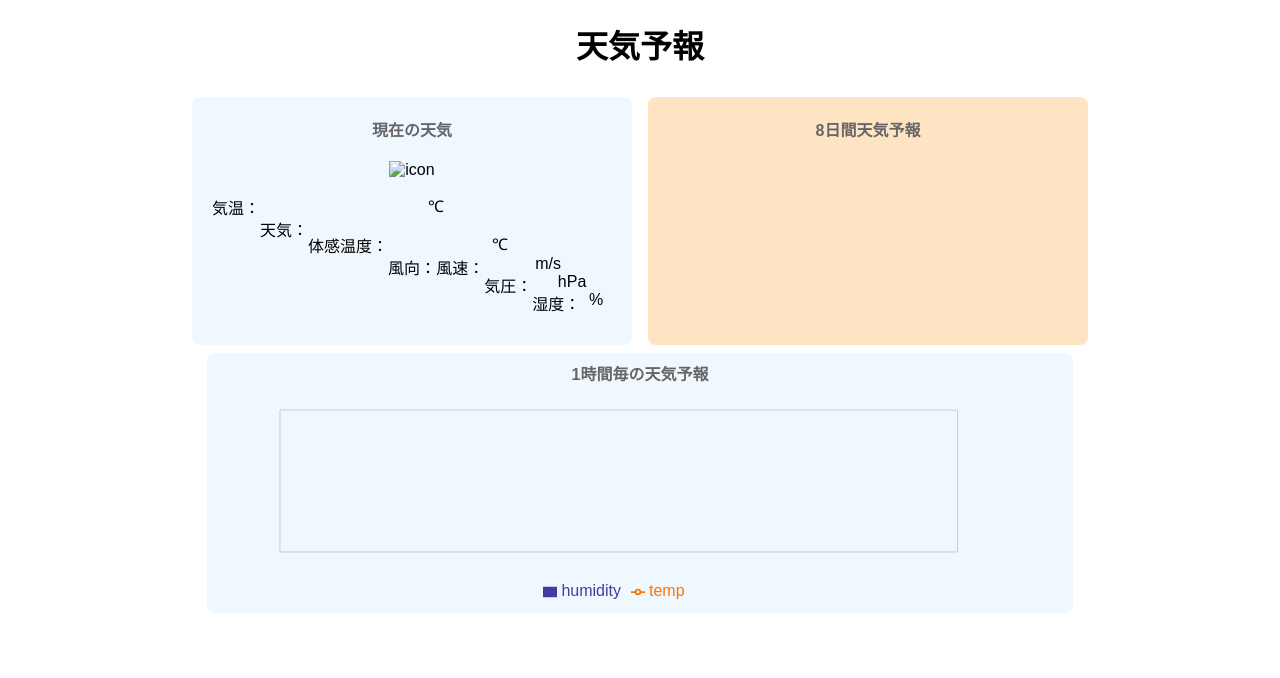
Repository: IshigureTomoki/weather-app
Page: /
These files come from the project's save history. The page is drawn as it stood at one moment and after the next save; the edit follows.
The browser window is 1280 px wide. The pictures show the whole page.
The page's requests for data from a server got no answer. The project was rebuilt for these pictures with package versions that can differ from the ones it lists, and the page was loaded fresh each time. No one was signed in, and anything a server would have sent is missing.

Above is the page before, as saved 2022-02-25 14:56:30.

After the next save:
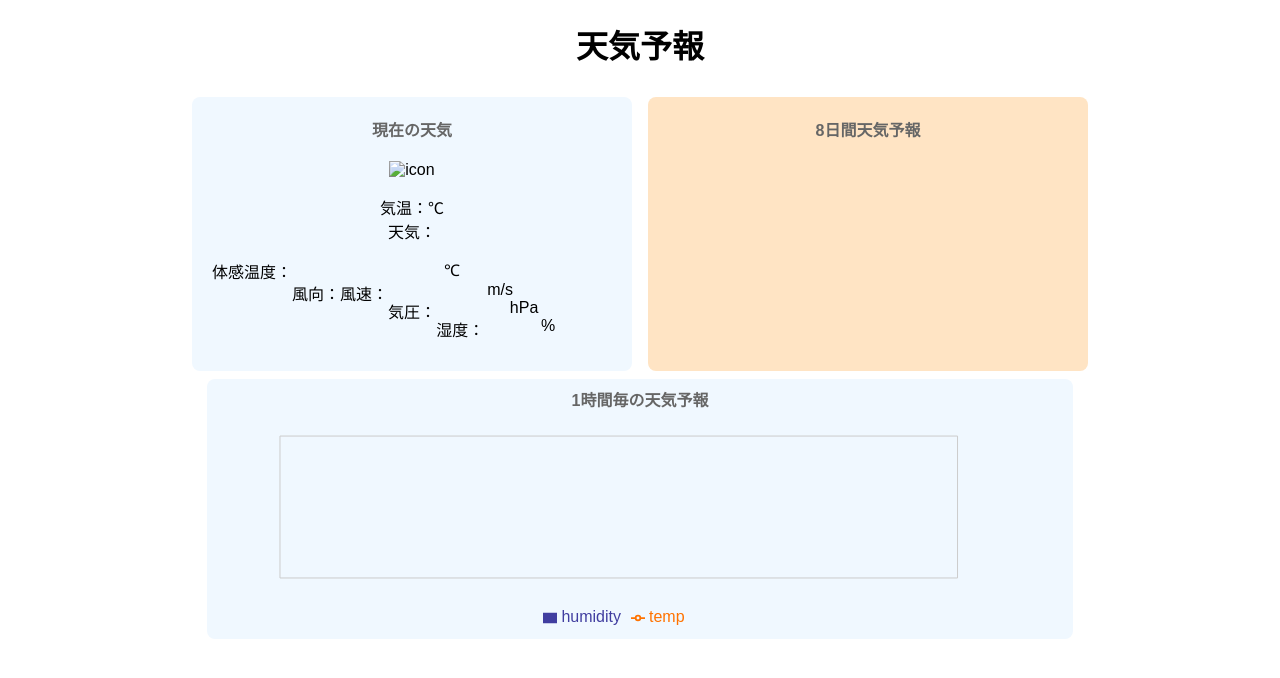
Saved 25 s later.
--- a/src/App.tsx
+++ b/src/App.tsx
@@ -156,13 +156,14 @@ function App() {
             <div className="nowtime">{weatherReport?.time}</div>
             <div className="nowplace">{weatherReport?.timezone}</div>
             <div>
-              <img src={weatherReport?.weatherIcon} alt="icon" width={120} />
+              <img src={weatherReport?.weatherIcon} alt="icon"
+                      width={120}/>
             </div>
             <dl>
-              <dt>気温</dt>
-              <dd>{weatherReport?.temp}℃</dd>
-              <dt>天気</dt>
-              <dd>{weatherReport?.weatherDescription}</dd>
+
+
+            <div>気温：{weatherReport?.temp}℃</div>
+            <div>天気：{weatherReport?.weatherDescription}</div>
             </dl>
             <dl>
               <dt>体感温度</dt>
